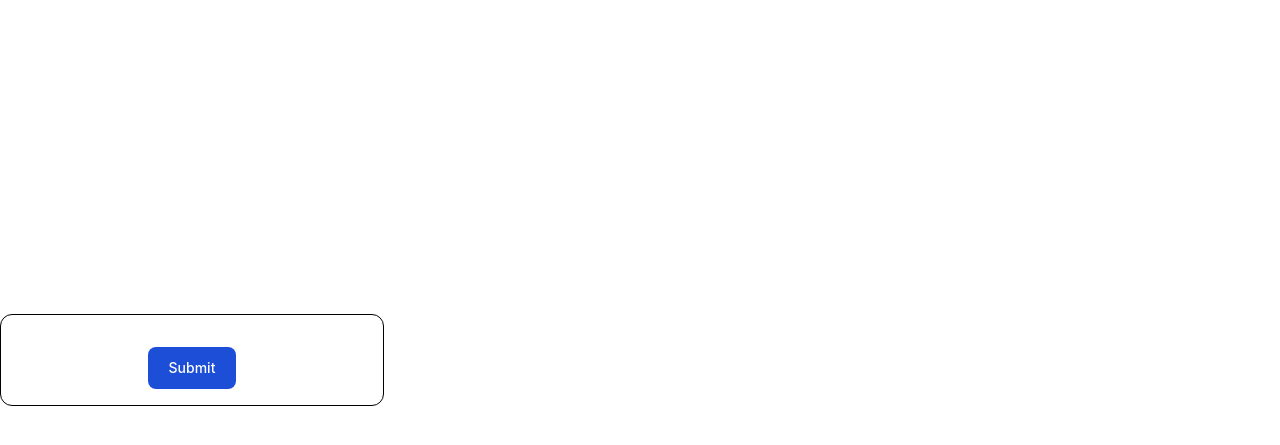
Repository: ze-pedro4500/masterlink
Page: / (app in masterlink/)
An editor plug-in stored every save of this project. The page is shown before and after the next save, followed by the edit.
The browser window is 1280 px wide. The pictures show the whole page.
The page's requests for data from a server got no answer. The project was rebuilt for these pictures with package versions that can differ from the ones it lists, and the page was loaded fresh each time. No one was signed in, and anything a server would have sent is missing. Also part of the build but not shown: masterlink/vite.config.ts, masterlink/src/components/cardField.tsx.

Above is the page before, as saved 2024-01-30 14:09:17.

### masterlink/src/App.tsx
import DynamicForm from "./components/Form"

export default function App() {
  return (
    <div className="w-full">
      <DynamicForm/>
    </div>
  )
}

### masterlink/src/components/Form.tsx
import React, { useEffect, useState } from 'react';
import { Field } from '../data/field';
import CardField from './cardField';
import { Metadata } from '../data/metaData';

const DynamicForm: React.FC = () => {
  const [metadata, setMetadata] = useState<Metadata | null>(null);
  const [loading, setLoading] = useState(true);
  const [formFields, setFormFields] = useState<React.ReactNode[]>([]);
  const [formData, setFormData] = useState<{ [key: string]: string }>({});

  // get the metadata on initial render
  useEffect(() => {
    const fetchMetadata = async () => {
      try {
        const response = await fetch('https://mocki.io/v1/b41f8ac8-a202-4028-b596-51f6b7f978a8');
        const metadata = await response.json();
        setMetadata(metadata);
        setLoading(false);
      } catch (error) {
        console.error('Error fetching metadata:', error);
        setLoading(false);
      }
    };

    fetchMetadata();
  }, []);

  // fetches data from endpoint inside dataUri
  const fillFieldWithEndpointData = async (field: Field): Promise<string> => {
    try {
      const response = await fetch(field.dataUri!);
      const data = await response.json();
      const updatedFormData = { ...formData, [field.id]: data.value };
      setFormData(updatedFormData);
      return data.value;
    } catch (error) {
      console.error(`Error fetching data from dataUri for ${field.name}:`, error);
      return '';
    }
  };


  const handleChange = (field: Field, newValue: string) => {
    // Update the formData state with the new value
    setFormData((prevFormData) => ({ ...prevFormData, [field.id]: newValue }));
  };

  // if we are done loading the metadata render the fields
  useEffect(() => {
    const renderFormFields = async () => {
      const fields = await Promise.all(
        metadata?.fields.map(async (field) => {
          return (
            <div className="mb-5" key={field.id}>
              <label className=" block mb-2 text-sm font-medium text-gray-900 dark:text-white">{field.name}</label>
              {field.type === 'card' ? (
                <CardField dataUri={field.dataUri!} />
              ) : (
                <>
                  <input
                    className='bg-gray-50 border border-gray-300 text-gray-900 text-sm rounded-lg focus:ring-blue-500 focus:border-blue-500 block w-full p-2.5 dark:bg-gray-700 dark:border-gray-600 dark:placeholder-gray-400 dark:text-white dark:focus:ring-blue-500 dark:focus:border-blue-500'
                    type={field.type === 'int' ? 'number' : field.type}
                    name={field.id}
                    placeholder={field.name}
                    onChange={(e) => handleChange(field, e.target.value)}
                    value={formData[field.id] || (field.dataUri ? await fillFieldWithEndpointData(field) : '')}
                  />
                </>
              )}
            </div>
          );
        }) || []
      );
      setFormFields(fields);
    };

    if (metadata) {
      renderFormFields();
    }
  }, [metadata, formData]);


  const handleSubmit = (event: React.FormEvent) => {
    event.preventDefault();
    console.log('Form data submitted:', formData);
  };

  if (loading) {
    return <p>Loading...</p>;
  }

  return (
    <div className="flex justify-center items-center h-screen">
      <form className="md:max-w-sm md:mx-auto border border-black p-4 rounded-xl md:min-w-96 w-5/6" onSubmit={handleSubmit}>
        <h2 className='text-2xl font-bold text-center mb-4'>{metadata?.title}</h2>
        {formFields}
        <div className="flex items-center justify-center">
  <button className="text-white bg-blue-700 hover:bg-blue-800 focus:ring-4 focus:outline-none focus:ring-blue-300 font-medium rounded-lg text-sm px-5 py-2.5 text-center dark:bg-blue-600 dark:hover:bg-blue-700 dark:focus:ring-blue-800" type="submit">
    Submit
  </button>
</div>      </form>
    </div>
  );
};

export default DynamicForm;

Loaded but not shown: masterlink/index.html (common file); masterlink/src/main.tsx (common file); masterlink/src/index.css (common file); masterlink/tailwind.config.js (common file)

After the next save:
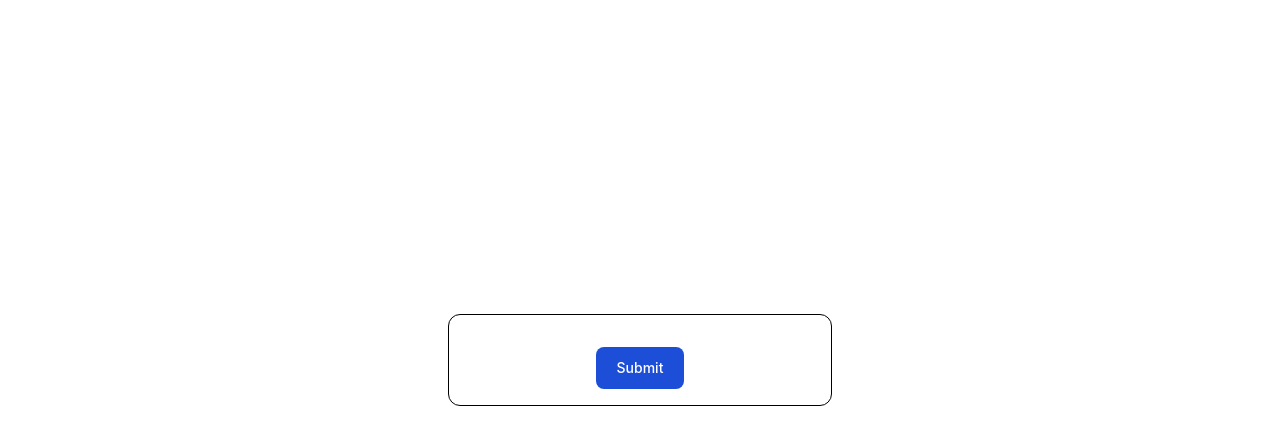
Saved 65 s later.
--- a/masterlink/src/App.tsx
+++ b/masterlink/src/App.tsx
@@ -2,7 +2,7 @@ import DynamicForm from "./components/Form"
 
 export default function App() {
   return (
-    <div className="w-full">
+    <div className="w-screen">
       <DynamicForm/>
     </div>
   )
